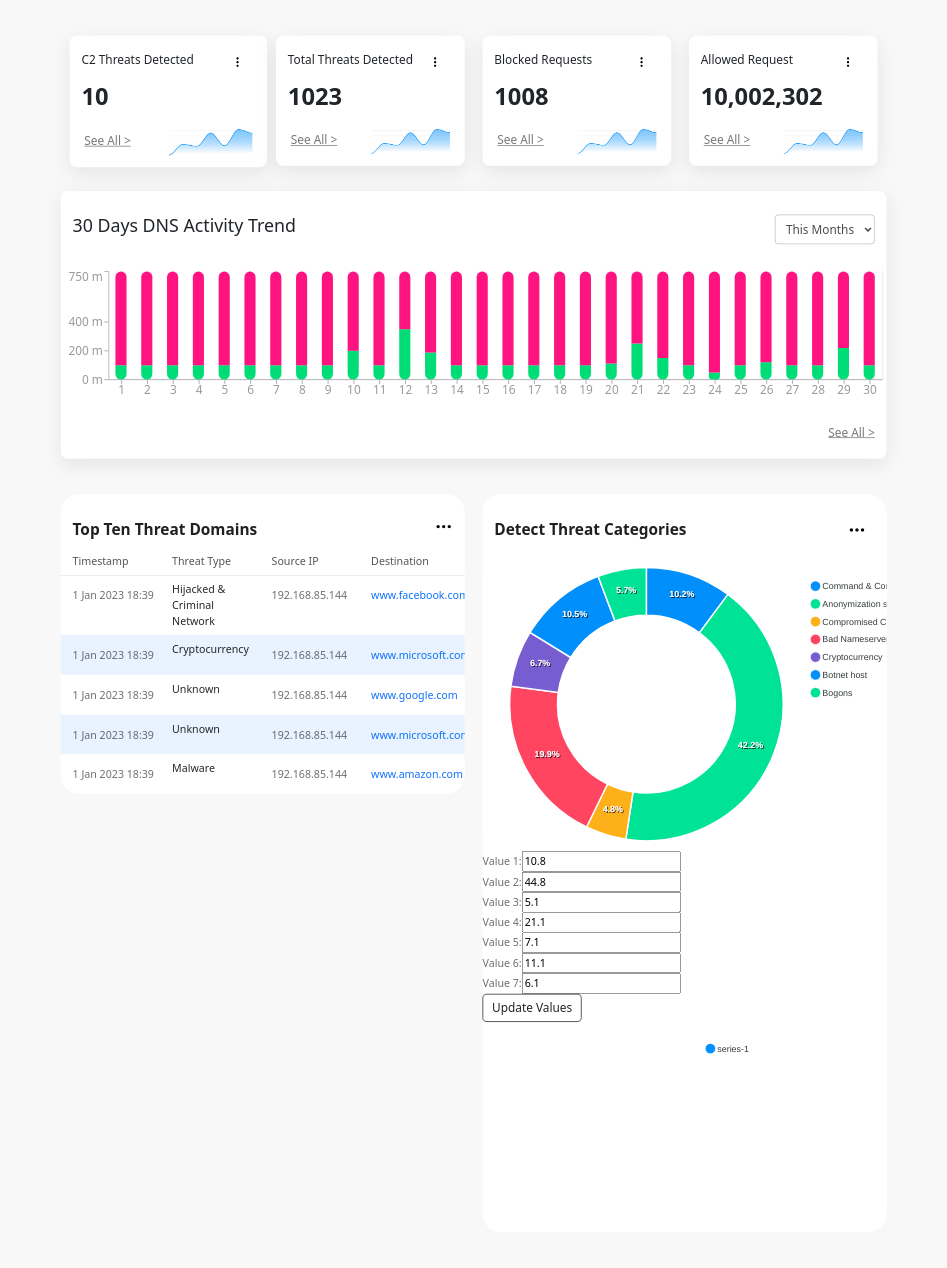
Repository: badhon252/dashboard
Page: /
An editor plug-in stored every save of this project. The page is shown before and after the next save, followed by the edit.
The browser window is 1280 px wide. The pictures show the whole page, at 74% of full size.
The project was rebuilt for these pictures with package versions that can differ from the ones it lists, and the page was loaded fresh each time. Also part of the build but not shown: vite.config.js.

Above is the page before, as saved 2023-01-27 18:11:54.

After the next save:
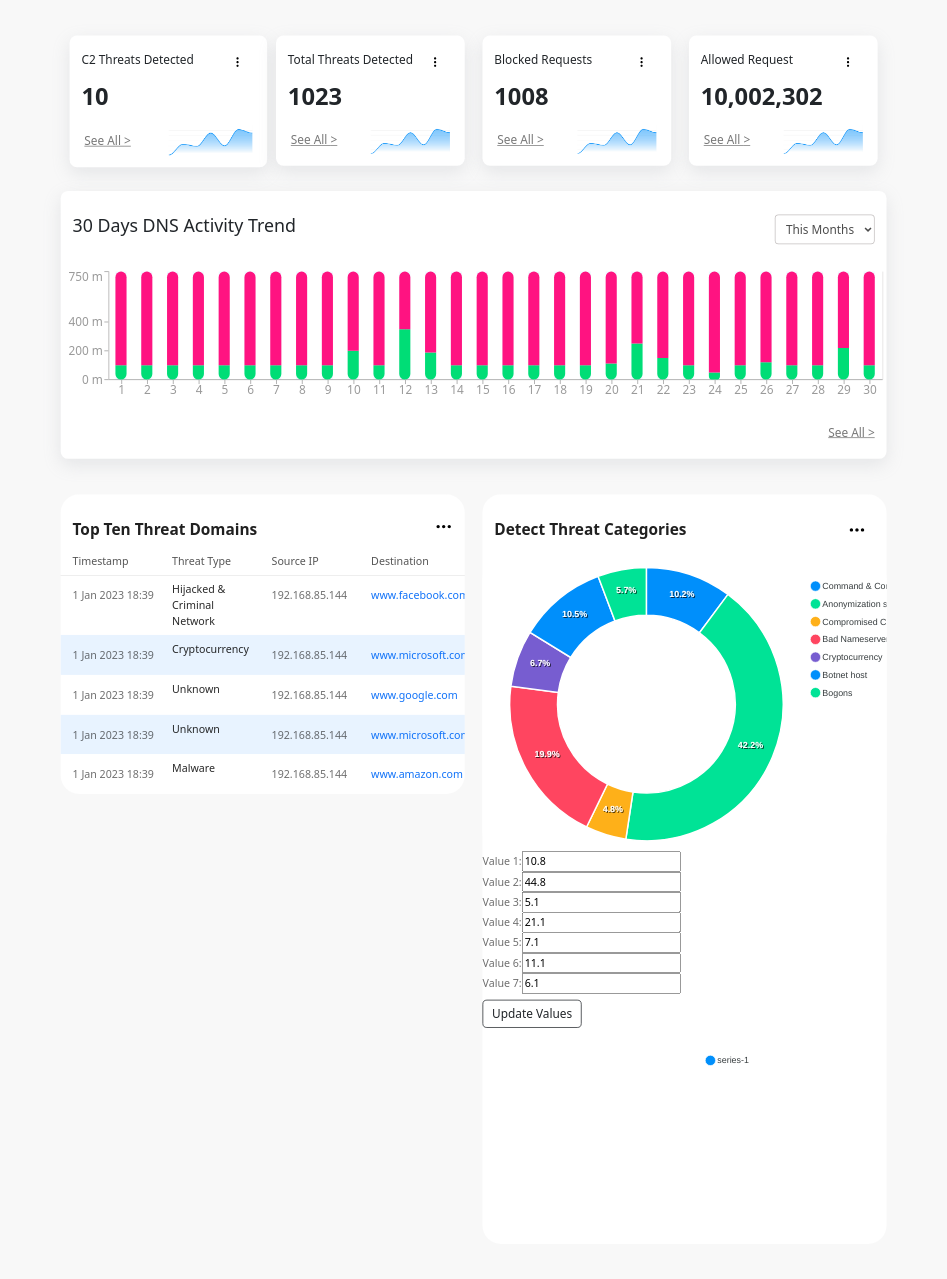
Saved 8 s later.
--- a/src/Components/Analysis/Graph/GraphAnalysis.jsx
+++ b/src/Components/Analysis/Graph/GraphAnalysis.jsx
@@ -82,7 +82,7 @@ const AnalysisGraph = ({ icon }) => {
               />
             </div>
           ))}
-          <button className="btn btn-outline-dark" onClick={handleClick}>
+          <button className="btn btn-outline-dark my-2" onClick={handleClick}>
             Update Values
           </button>
           <ApexCharts
